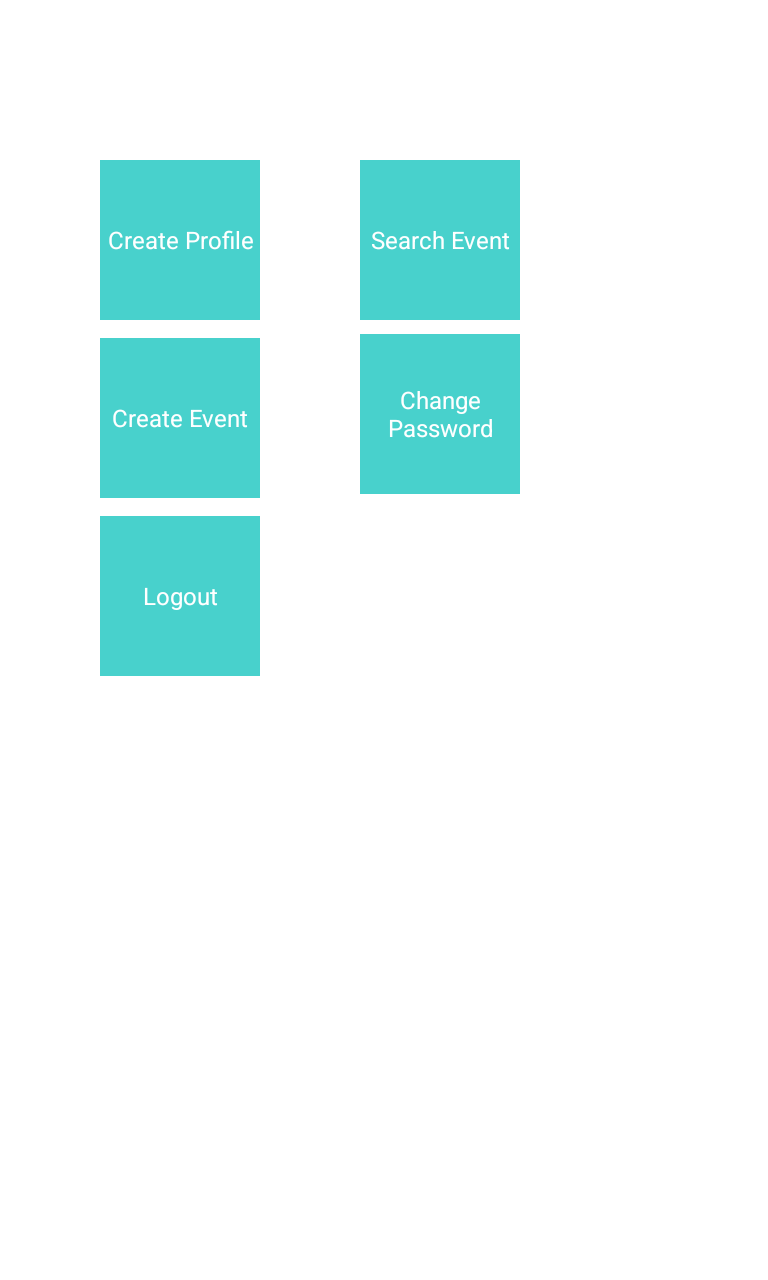
Repository: COMP231-S63G1/COMP231-S63G1
Layout: Wanna/res/layout/login_success.xml
These files come from the project's save history. The layout is drawn as it stood at one moment and after the next save; the edit follows.
It is drawn on a 768 x 1280 px phone screen (xhdpi) without system bars, with theme AppTheme; the app's code is not run. The app's manifest (not shown) leaves right-to-left support off. So textAlignment, textDirection and layoutDirection are ignored, and left and right values win over start and end ones.

Above is the layout before, as saved 2014-10-24 22:51:55.

### Wanna/res/layout/login_success.xml
<?xml version="1.0" encoding="utf-8"?>

<LinearLayout xmlns:android="http://schemas.android.com/apk/res/android"
              android:orientation="vertical"
              android:layout_width="match_parent"
              android:layout_height="match_parent"

              >

    <TextView
        android:id="@+id/textwelcome"
        android:layout_width="200dp"
        android:layout_height="40dp"
        android:layout_gravity="center"
        android:layout_marginBottom="25dp"
        android:layout_marginTop="15dp"
        android:gravity="center"
        android:textColor="#48D1CC"
        android:textSize="25sp" />

<TableLayout
    android:layout_width="match_parent"
    android:layout_height="match_parent"
    >
<TableRow>
<Button
        android:id="@+id/createProf"
        android:layout_width="80dp"
        android:layout_height="80dp"
        android:background="#48D1CC"
        android:text="Create Profile"
        android:textColor="#ffffff"
        android:textSize="12sp"
        android:layout_marginLeft="50dp"
        android:layout_marginRight="50dp"
        android:onClick="onCreateProfile"

        />

      <Button
            android:layout_width="80dp"
            android:layout_height="80dp"
            android:text="Search Event"
            android:id="@+id/searchEvent"
            android:textSize="12sp"
            android:textColor="#ffffff"
            android:background="#48D1CC"
            android:onClick="onSearchEvent"
      />
</TableRow>
<TableRow>

    <Button
            android:layout_width="80dp"
            android:layout_height="80dp"
            android:text="Create Event"
            android:id="@+id/createEvent"
            android:textSize="12sp"
            android:textColor="#ffffff"
            android:background="#48D1CC"
            android:layout_marginLeft="50dp"
            android:layout_marginRight="50dp"
            android:layout_marginTop="9dp"
            android:onClick="onCreateEvent"
      />



    <Button
        android:id="@+id/btchangepass"
        android:layout_width="80dp"
        android:layout_height="80dp"
		android:background="#48D1CC"
        android:layout_below="@+id/textwelcome"
        android:text="Change Password"
        android:textColor="#ffffff"
        android:textSize="12sp"

        />
    </TableRow>

<TableRow>
    <Button
            android:layout_width="80dp"
            android:layout_height="80dp"
            android:text="Logout"
            android:id="@+id/logout"
            android:textSize="12sp"
            android:textColor="#ffffff"
            android:background="#48D1CC"
            android:layout_marginLeft="50dp"
            android:layout_marginRight="50dp"
            android:layout_marginTop="9dp"
      />



</TableRow>

    </TableLayout>
    <TextView
            android:layout_width="100dp"
            android:layout_height="25dp"
            android:text="User Panel"
            android:id="@+id/textView"
            android:layout_below="@+id/logout"
            android:layout_alignParentRight="true"
            android:textSize="18sp" android:textColor="#000000"
            android:textAlignment="center"/>

</LinearLayout>

Loaded but not shown: Wanna/res/values/styles.xml (common file); Wanna/res/values-v11/styles.xml (common file); Wanna/res/values-v14/styles.xml (common file)

After the next save:
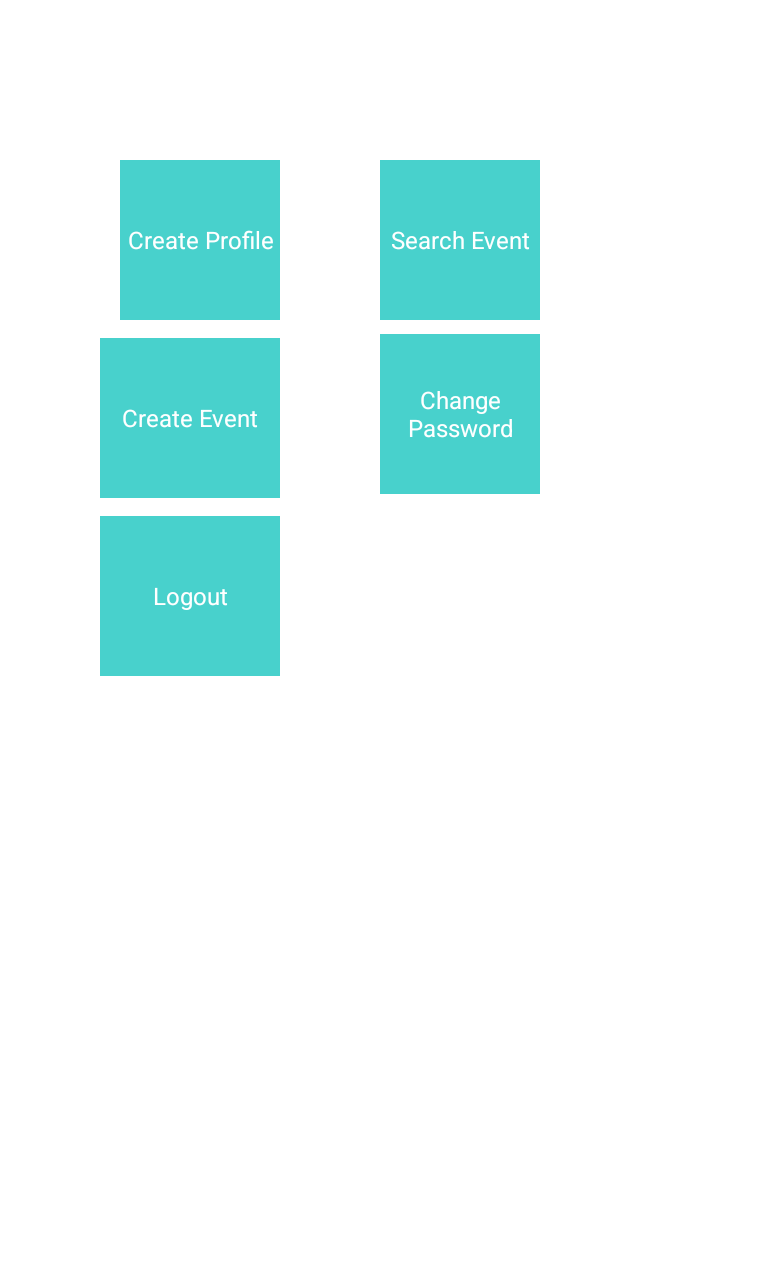
Saved 54 s later.
--- a/Wanna/res/layout/login_success.xml
+++ b/Wanna/res/layout/login_success.xml
@@ -31,7 +31,7 @@
         android:text="Create Profile"
         android:textColor="#ffffff"
         android:textSize="12sp"
-        android:layout_marginLeft="50dp"
+        android:layout_marginLeft="60dp"
         android:layout_marginRight="50dp"
         android:onClick="onCreateProfile"
 
